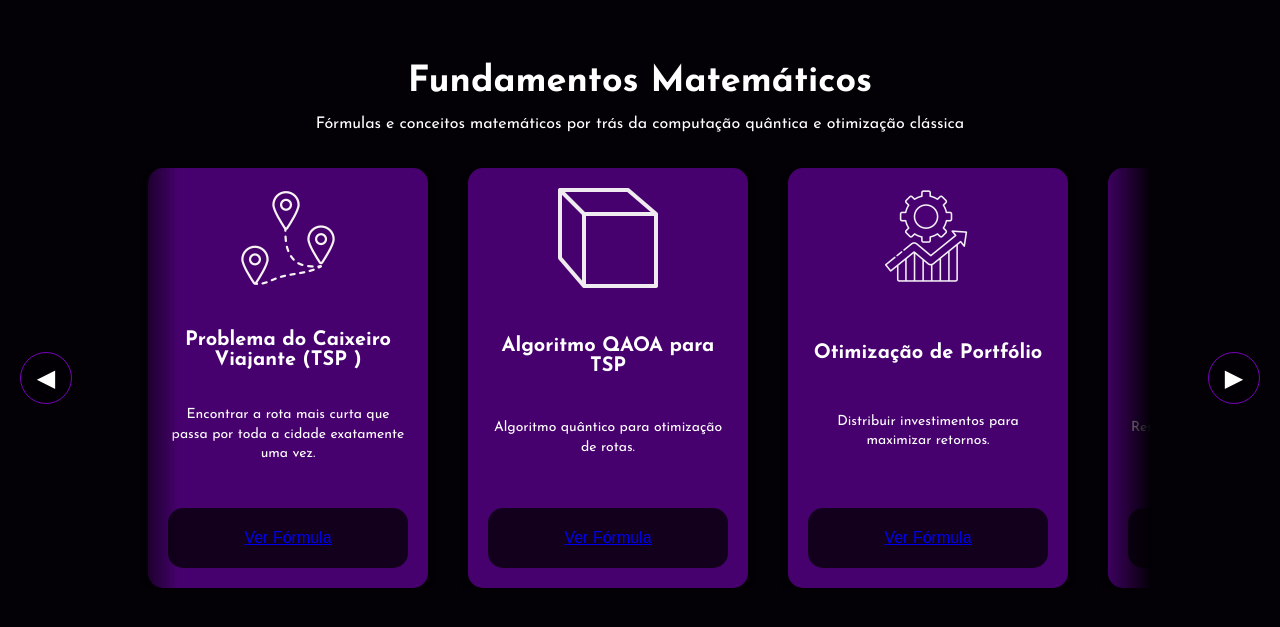
Repository: Everson9/Projeto-de-escalabilidade-quantica-definitivo
Page: fundamentos.html
An editor plug-in stored every save of this project. The page is shown before and after the next save, followed by the edit.
The browser window is 1280 px wide. The pictures show the whole page.

Above is the page before, as saved 2025-10-01 10:07:02.
Not found: script.js

After the next save:
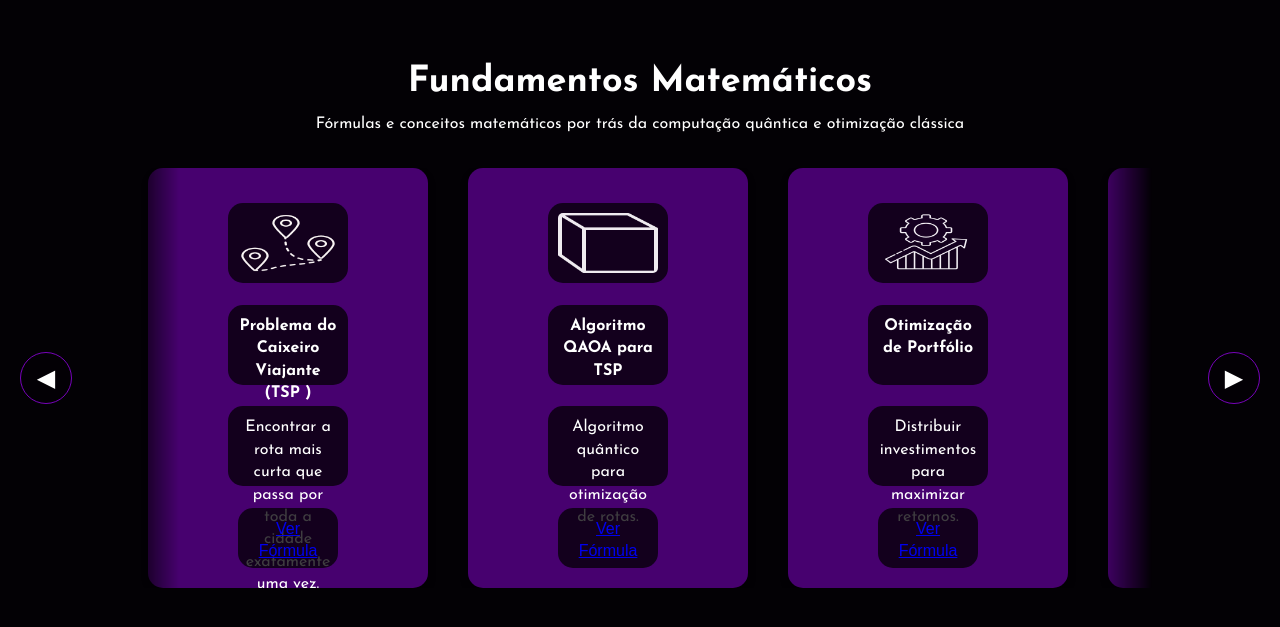
Saved 25 s later.
--- a/fundamentos.css
+++ b/fundamentos.css
@@ -9,7 +9,7 @@
     align-items: center;
     justify-content: flex-start;
     text-decoration: none;
-    overflow-x: hidden; /* Esconde a barra de rolagem horizontal */
+    overflow-x: hidden;
 }
 
 .fundamentos-matematicos {
@@ -24,7 +24,7 @@
     margin-bottom: 10px;
 }
 
-/* Estilos dos Cards */
+/* Estilos dos Cards (sem alterações) */
 .formula_1 {
     width: 240px;
     height: 380px;
@@ -35,42 +35,17 @@
     flex-direction: column;
     justify-content: space-between;
     box-shadow: 0 4px 8px rgba(0, 0, 0, 0.2);
-    margin: 0 20px; /* Espaçamento entre os cards */
-    flex-shrink: 0; /* Impede que os cards encolham */
+    margin: 0 20px;
+    flex-shrink: 0;
 }
 
-.formula_1 h4 {
-    font-size: 20px;
-    margin-bottom: 10px;
-    text-align: center;
-}
-
-.formula_1 img {
-    width: 100px;
-    height: 100px;
-    margin: 0 auto;
-}
-
-.formula_1 p {
-    text-align: center;
-    font-size: 14px;
-    line-height: 1.4;
-    margin-top: 10px;
-}
-
-.button {
-    background-color: #030105C2;
-    border: none;
-    padding: 10px;
-    color: white;
-    font-size: 16px;
-    text-align: center;
-    height: 60px;
-    border-radius: 15px;
-    cursor: pointer;
-    text-decoration: none;
-    margin-top: 15px;
-    transition: background-color 0.3s;
+.formula_1 h4, .formula_1 p, .formula_1 img, .button {
+    /* ... seus estilos existentes para os elementos do card ... */
+    /* (copie e cole os estilos da versão anterior aqui) */
+    font-size: 20px; margin-bottom: 10px; text-align: center; /* h4 */
+    width: 100px; height: 100px; margin: 0 auto; /* img */
+    text-align: center; font-size: 14px; line-height: 1.4; margin-top: 10px; /* p */
+    background-color: #030105C2; border: none; padding: 10px; color: white; font-size: 16px; text-align: center; height: 60px; border-radius: 15px; cursor: pointer; text-decoration: none; margin-top: 15px; transition: background-color 0.3s; /* button */
 }
 
 .button:hover {
@@ -78,7 +53,7 @@
     color: #030105;
 }
 
-/* --- Novas Classes para o Carrossel --- */
+/* --- Novas Classes para o Carrossel e Setas --- */
 
 .carousel-wrapper {
     position: relative; /* Necessário para posicionar as setas */

After the save that followed:
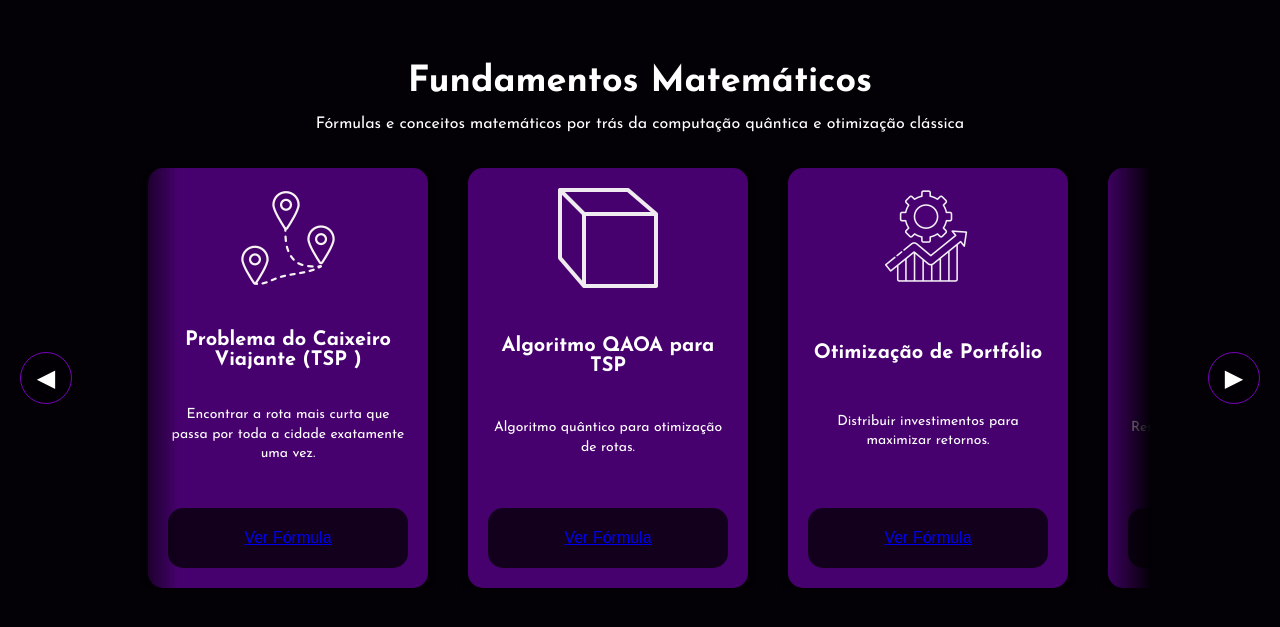
Saved 23 s later.
--- a/fundamentos.css
+++ b/fundamentos.css
@@ -9,7 +9,7 @@
     align-items: center;
     justify-content: flex-start;
     text-decoration: none;
-    overflow-x: hidden;
+    overflow-x: hidden; /* Esconde a barra de rolagem horizontal */
 }
 
 .fundamentos-matematicos {
@@ -24,7 +24,7 @@
     margin-bottom: 10px;
 }
 
-/* Estilos dos Cards (sem alterações) */
+/* Estilos dos Cards */
 .formula_1 {
     width: 240px;
     height: 380px;
@@ -35,17 +35,42 @@
     flex-direction: column;
     justify-content: space-between;
     box-shadow: 0 4px 8px rgba(0, 0, 0, 0.2);
-    margin: 0 20px;
-    flex-shrink: 0;
+    margin: 0 20px; /* Espaçamento entre os cards */
+    flex-shrink: 0; /* Impede que os cards encolham */
 }
 
-.formula_1 h4, .formula_1 p, .formula_1 img, .button {
-    /* ... seus estilos existentes para os elementos do card ... */
-    /* (copie e cole os estilos da versão anterior aqui) */
-    font-size: 20px; margin-bottom: 10px; text-align: center; /* h4 */
-    width: 100px; height: 100px; margin: 0 auto; /* img */
-    text-align: center; font-size: 14px; line-height: 1.4; margin-top: 10px; /* p */
-    background-color: #030105C2; border: none; padding: 10px; color: white; font-size: 16px; text-align: center; height: 60px; border-radius: 15px; cursor: pointer; text-decoration: none; margin-top: 15px; transition: background-color 0.3s; /* button */
+.formula_1 h4 {
+    font-size: 20px;
+    margin-bottom: 10px;
+    text-align: center;
+}
+
+.formula_1 img {
+    width: 100px;
+    height: 100px;
+    margin: 0 auto;
+}
+
+.formula_1 p {
+    text-align: center;
+    font-size: 14px;
+    line-height: 1.4;
+    margin-top: 10px;
+}
+
+.button {
+    background-color: #030105C2;
+    border: none;
+    padding: 10px;
+    color: white;
+    font-size: 16px;
+    text-align: center;
+    height: 60px;
+    border-radius: 15px;
+    cursor: pointer;
+    text-decoration: none;
+    margin-top: 15px;
+    transition: background-color 0.3s;
 }
 
 .button:hover {
@@ -53,7 +78,7 @@
     color: #030105;
 }
 
-/* --- Novas Classes para o Carrossel e Setas --- */
+/* --- Novas Classes para o Carrossel --- */
 
 .carousel-wrapper {
     position: relative; /* Necessário para posicionar as setas */
